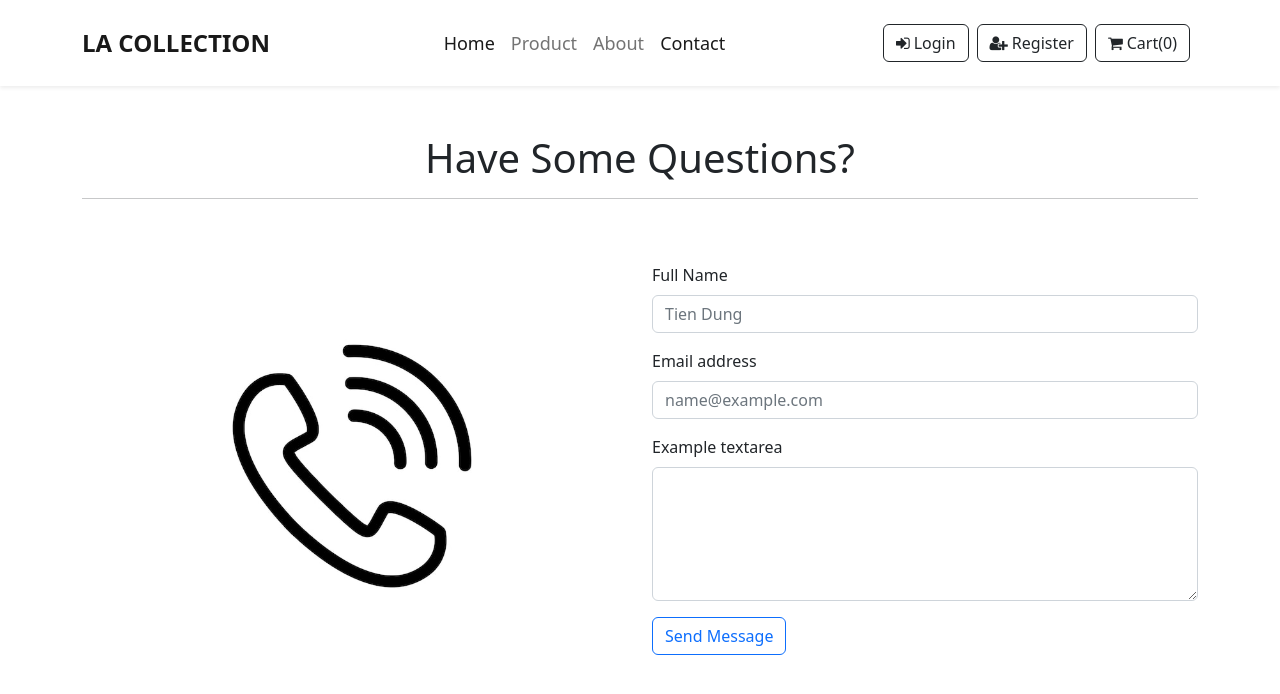
Repository: tiendungjr123/Ecommerce
Page: /contact
The author's editor kept a copy of each file at every save. The page is drawn from the files as they stood at one save, then again after the next save.
The browser window is 1280 px wide. The pictures show the whole page.
The project was rebuilt for these pictures with package versions that can differ from the ones it lists, and the page was loaded fresh each time. Also part of the build but not shown: src/components/Products.jsx, src/components/Home.jsx, src/redux/action/index.js, src/components/ProductDetail.jsx, src/components/About.jsx.

Above is the page before, as saved 2022-10-04 11:05:05.

After the next save:
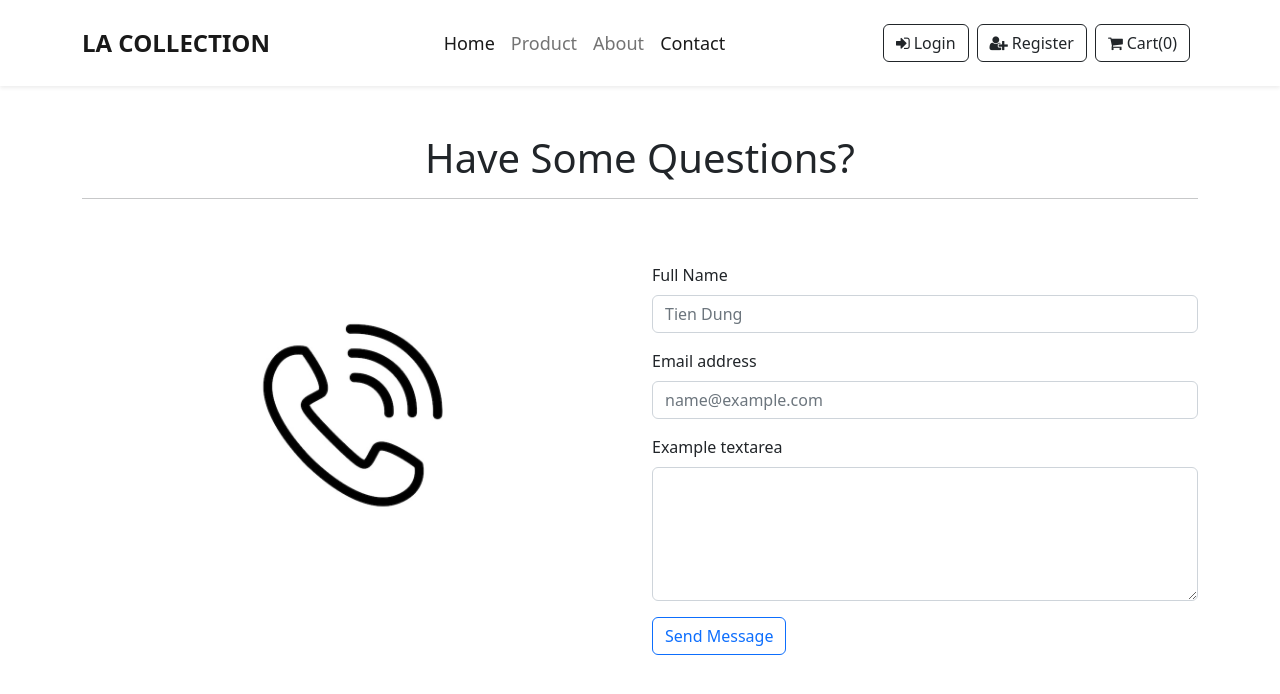
Saved 46 s later.
--- a/src/components/Contact.jsx
+++ b/src/components/Contact.jsx
@@ -3,7 +3,7 @@ import React from 'react';
 const Contact = () => {
    return (
       <div>
-         <div className="container">
+         <div className="container mb-5">
             <div className="row">
                <div className="col-12 text-center py-4 my-4">
                   <h1>Have Some Questions?</h1>
@@ -12,7 +12,7 @@ const Contact = () => {
             </div>
             <div className='row'>
                <div className="col-md 5 d-flex justify-content-center">
-                  <img src="/assets/contact1.jpg" alt="Contact Us" height="400px" width="400px" />
+                  <img src="/assets/contact1.jpg" alt="Contact Us" height="300px" width="300px" />
                </div>
                <div className="col-md-6">
                   <form>
